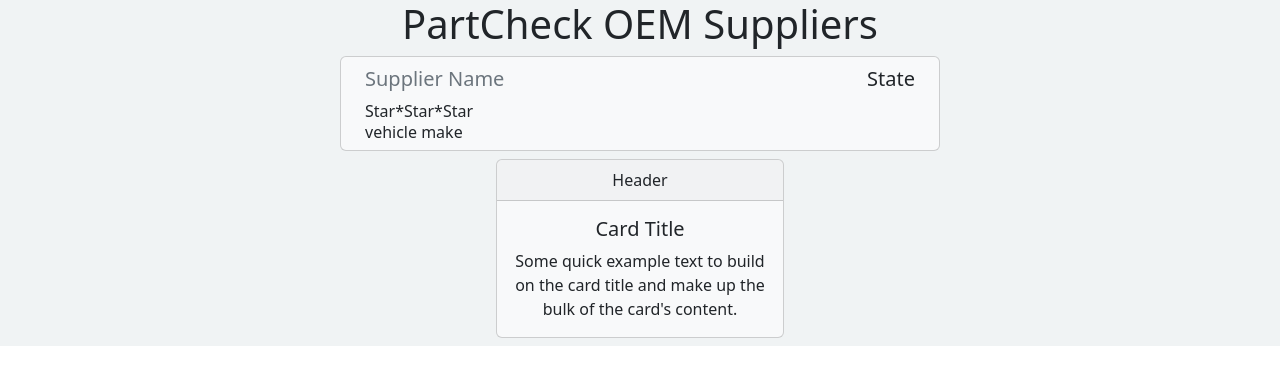
Repository: trungna4699/coding_challenge
Page: /
These files come from the project's save history. The page is drawn as it stood at one moment and after the next save; the edit follows.
The browser window is 1280 px wide. The pictures show the whole page.
The project was rebuilt for these pictures with package versions that can differ from the ones it lists, and the page was loaded fresh each time.

Above is the page before, as saved 2022-09-01 16:39:04.

After the next save:
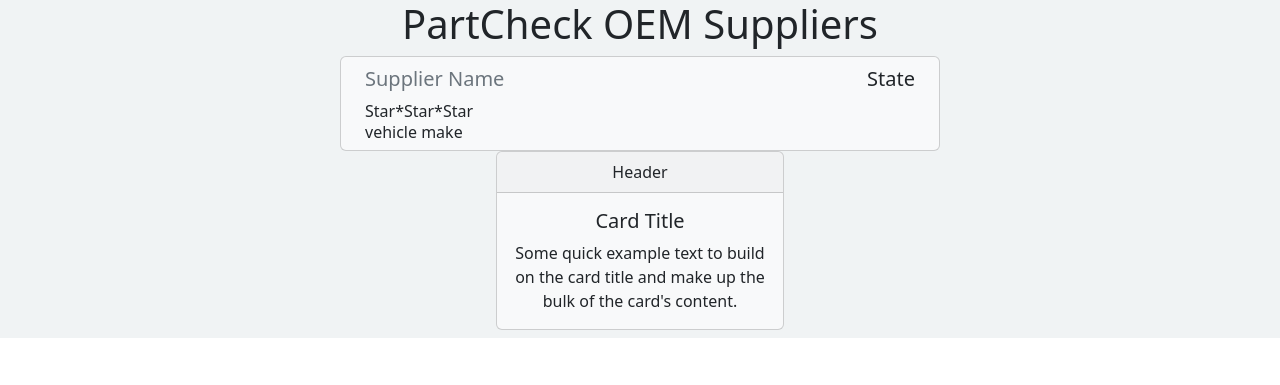
Saved 32 s later.
--- a/src/App.js
+++ b/src/App.js
@@ -16,7 +16,7 @@
           // key={variant}
           text={"dark"}
           style={{ width: '600px' }}
-          className="mb-2"
+          // className="mb-2"
         >
           <div className="supplierItems">
             <div className='supplierInfo'>

After the save that followed:
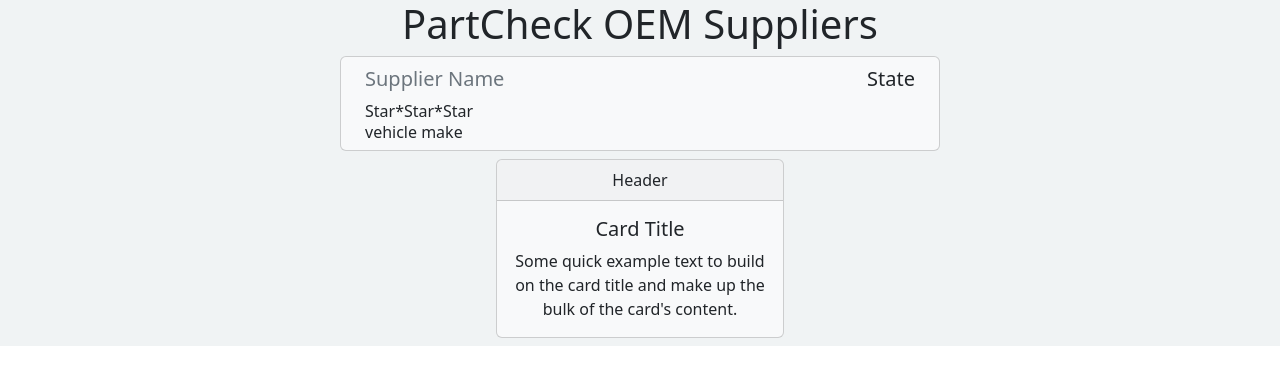
Saved 32 s later.
--- a/src/App.js
+++ b/src/App.js
@@ -16,7 +16,7 @@
           // key={variant}
           text={"dark"}
           style={{ width: '600px' }}
-          // className="mb-2"
+          className="mb-2"
         >
           <div className="supplierItems">
             <div className='supplierInfo'>
